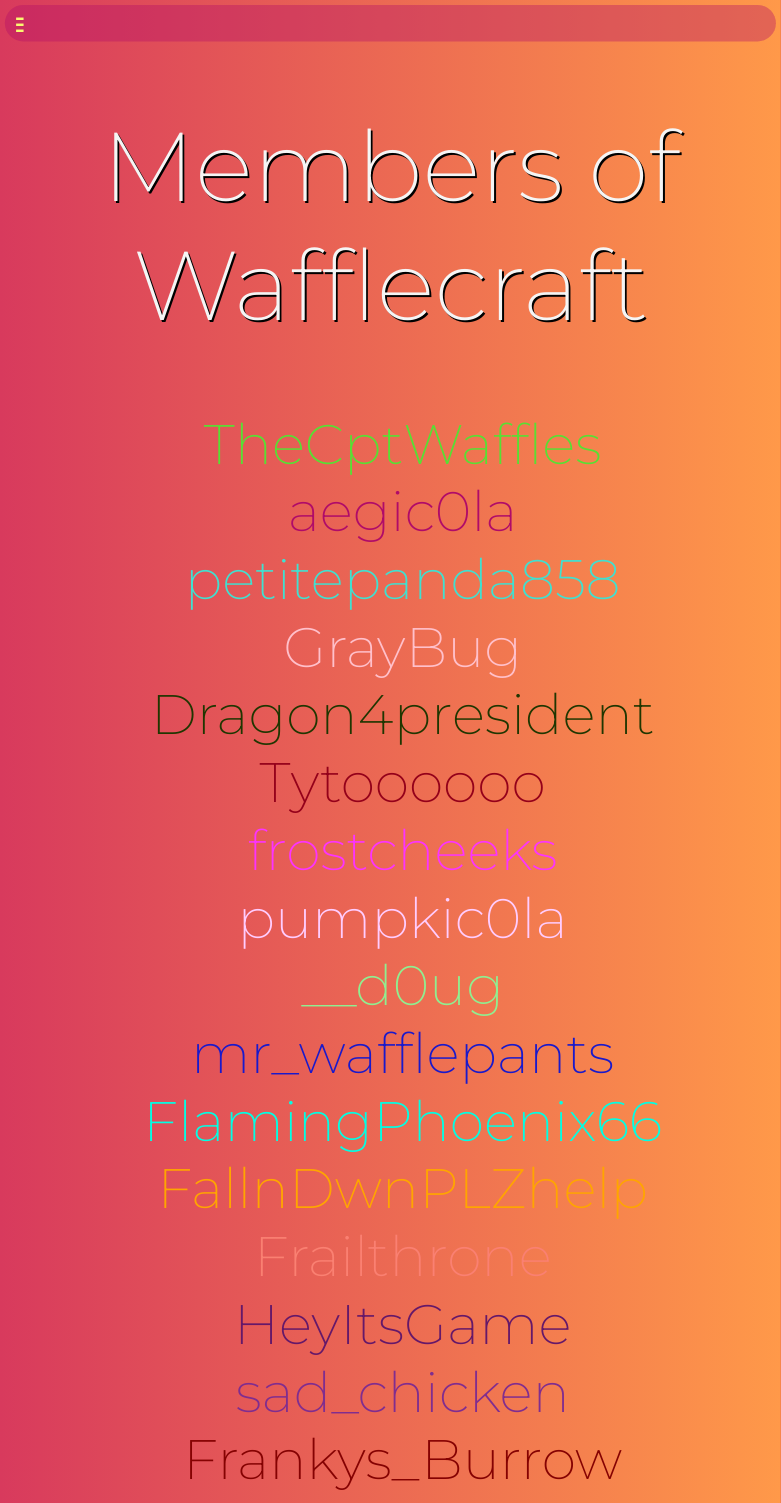
Repository: thecptwaffles/wafflecraftwebsite
Page: members.html
These files come from the project's save history. The page is drawn as it stood at one moment and after the next save; the edit follows.
The browser window is 1280 px wide. The pictures show the whole page, at 61% of full size.

Above is the page before, as saved 2022-07-08 14:04:40.
Console error: ReferenceError: $ is not defined

### members.html
<!DOCTYPE html>
<html lang="en">

<head>
  <meta charset="UTF-8">
  <meta name="viewport" content="width=device-width, initial-scale=1" />
  <title>Members</title>
  <link rel="stylesheet" href="./css/style.css">
  <link rel="icon" href="./resources/css/content/Icon.png" type="image/icon type">
  <link rel="preconnect" href="https://fonts.gstatic.com">
  <link href="https://fonts.googleapis.com/css2?family=Montserrat:ital,wght@0,200;1,200&display=swap" rel="stylesheet">
  <script src="./members.js"></script>
</head>

<body class="members-all">
  <div class=" navbar">
    <div class="dropdown">
      <button class="dropbtn">-<br>-<br>-
        <i class="fa fa-caret-down"></i>
      </button>
      <div class="dropdown-content">
        <a href="./index.html">Home</a>
        <a href="./members.html">Members</a>
        <a href="./fetured.html">Featured</a>
        <!-- <a href="./annoucenments.html">Announcements</a> -->
        <a href="./tutorials.html">Tutorials</a>
        <a href="./world-downloads.html">Downloads</a>
        <a href="./serverInfo.html">Server Info</a>
        <!-- <a href="bluemap.thewafflecraft.com" target="blank">3D Map</a> -->
      </div>
    </div>
  </div>
  <h1 class="index-title">Members of Wafflecraft</h1>
  <!--members list-->
  <ul id="ol">
    <li class="li" id="waffles">TheCptWaffles</li>
    <li class="li" id="c0la">aegic0la</li>
    <li class="li" id="panda">petitepanda858</li>
    <li class="li" id="bug">GrayBug</li>
    <li class="li" id="delta">Dragon4president</li>
    <li class="li" id="tyt">Tytoooooo</li>
    <li class="li" id="cheeks">frostcheeks</li>
    <li class="li" id="pumki">pumpkic0la</li>
    <li class="li" id="doug">__d0ug</li>
    <li class="li" id="pants">mr_wafflepants</li>
    <li class="li" id="flaming">FlamingPhoenix66</li>
    <li class="li" id="falln">FallnDwnPLZhelp</li>
    <li class="li" id="matt">Frailthrone</li>
    <li class="li" id="gamer">HeyItsGame</li>
    <li class="li" id="sad">sad_chicken</li>
    <li class="li" id="burrow">Frankys_Burrow</li>
  </ul>
</body>

</html>

### css/style.css
/*styling for the title*/

.title {
    text-align: center;
    font-size: 6.25vh;
    font-family: 'Montserrat', sans-serif;
    text-decoration: underline;
    color: white;
    overflow-y: auto;
}

/*styling for the background*/
.all {
    background-image: linear-gradient(90deg, var(--secnd-clr), var(--frth-clr));
    background-size: cover;
    background-position: center;
    max-width: auto;
    max-height: auto;
    min-width: auto;
    min-height: auto;
}

.social {
    display: flex;
    align-items: center;
    justify-content: center;
    font-size: 7vw;
}

/*styling for all Paragraph elements*/
p {
    font-family: 'Montserrat', sans-serif;
    font-size: 3.5vw;
    text-align: center;
    color: white;
}

::-webkit-scrollbar {
    width: 0.625rem;
}

::-webkit-scrollbar-track {
    background-color: var(--thrd-clr);
}

.min {
    color: black;
}

/*styling all of the links*/
.link {
    text-decoration: none;
    color: white;
    font-family: 'Montserrat', sans-serif;
    font-size: 3.125rem;
    color: white;
    text-align: right;
}

:root {
    --main-clr: #b00b69;
    --secnd-clr: #d83a5d;
    --thrd-clr: #f36950;
    --frth-clr: #ff9949;
    --fith-clr: #ffc951;
    --sxth-clr: #f9f871;
    --navbar: #b00b685e;
    --main-font: 'Montserrat', sans-serif;
}

::-webkit-scrollbar {
    width: 0.625rem;
}

::-webkit-scrollbar-track {
    background-color: var(--thrd-clr);
}


/* Navbar container */
.navbar {
    overflow: hidden;
    background-color: var(--navbar);
    font-family: Arial;
    border-radius: 5rem;
    -webkit-border-radius: 5rem;
    -moz-border-radius: 5rem;
    -ms-border-radius: 5rem;
    -o-border-radius: 5rem;
}

/* Links inside the navbar */
.navbar a {
    float: left;
    font-size: 16px;
    color: white;
    text-align: center;
    padding: 14px 16px;
    text-decoration: none;
}

/* The dropdown container */
.dropdown {
    float: left;
    overflow: hidden;
}

/* Dropdown button */
.dropdown .dropbtn {
    font-size: 50px;
    border: none;
    outline: none;
    color: var(--sxth-clr);
    padding: 14px 16px;
    background-color: inherit;
    font-family: inherit;
    /* Important for vertical align on mobile phones */
    margin: 0;
    /* Important for vertical align on mobile phones */
    line-height: 10px;
}

/* Add a background color to navbar links on hover */
.navbar a:hover,
.dropdown:hover .dropbtn {
    background-color: var(--main-clr);
    border-radius: 1rem;
    -webkit-border-radius: 1rem;
    -moz-border-radius: 1rem;
    -ms-border-radius: 1rem;
    -o-border-radius: 1rem;
}

/* Dropdown content (hidden by default) */
.dropdown-content {
    display: none;
    position: absolute;
    background-color: var(--main-clr);
    min-width: 160px;
    box-shadow: 0px 8px 16px 0px rgba(0, 0, 0, 0.2);
    z-index: 1;
    border-radius: 1rem;
    -webkit-border-radius: 1rem;
    -moz-border-radius: 1rem;
    -ms-border-radius: 1rem;
    -o-border-radius: 1rem;
}

/* Links inside the dropdown */
.dropdown-content a {
    float: none;
    color: black;
    padding: 12px 16px;
    text-decoration: none;
    display: block;
    text-align: left;
}


.dropdown-content a:hover {
    background-color: #9c095d;
}

/* Show the dropdown menu on hover */
.dropdown:hover .dropdown-content {
    display: block;
}

h1 {
    font-family: 'Montserrat', sans-serif;
    font-size: 6.25vw;
    text-align: center;
    color: white;
    font-weight: 1;


}

#tutorialsAll {
    background-image: linear-gradient(90deg, var(--secnd-clr), var(--frth-clr));
    max-width: auto;
    max-height: auto;
    min-width: auto;
    min-height: auto;
    scrollbar-width: 0.625rem;
    scrollbar-track-color: var(--thrd-clr);
}

body {
    background-image: linear-gradient(90deg, var(--secnd-clr), var(--frth-clr));
    max-width: auto;
    max-height: auto;
    min-width: auto;
    min-height: auto;
    scrollbar-width: 0.625rem;
    scrollbar-track-color: var(--thrd-clr);
}

h2 {
    text-align: center;
    color: white;
    font-size: 3.125vw;
    font-family: 'Montserrat', sans-serif;
}

img {
    display: block;
    margin-left: auto;
    margin-right: auto;
    width: 50%;
}

#index {
    background-image: url(./content/stacked-waves-haikei.svg);
    background-size: cover;
    background-repeat: no-repeat;
    background-position: center;
    background-color: var(--main-clr);
}

.index-title {
    font-size: 12.5vw;
    color: whitesmoke;
    text-align: center;
    text-decoration: none;
    font-family: 'Montserrat', sans-serif;
    font-weight: 1;
    text-shadow: 3px 3px black;
}

@media screen and (max-width: 600px) {
    .dropdown-content {
        font-size: 1rem;
    }
}

#title {
    text-align: center;
    font-size: 12.5vw;
    font-family: 'Montserrat', sans-serif;
    text-decoration: underline;
    color: white;
    overflow-y: auto;
}

#ol {
    text-align: center;
    font-family: 'Montserrat', sans-serif;
}

.li {
    font-family: 'Montserrat', sans-serif;
    font-size: 7.125vw;
    color: white;
    list-style: none;
}

#matt {
    color: #fa8072;
}

#c0la {
    color: #b00b69;
}

#waffles {
    color: #57e034;
}

#pumki {
    color: #ffccff;
}

#tyt {
    color: #94011a;
}

#doug {
    color: lightgreen;
}

#cru {
    color: #b00b69;
}

#pants {
    color: #1919cc;
}

#gamer {
    color: #651869;
}

#falln {
    color: orange;
}

#sad {
    color: #802d8f;
}

#flaming {
    color: rgb(0, 255, 229);
}

#cheeks {
    color: #FC33FF;
}

#panda {
    color: #40E0D0;
}

#bug {
    color: #ffc0cb;
}

#delta {
    color: #1f3600;
}

#burrow {
    color: #850202;
}

#Download {
    font-family: 'Montserrat', sans-serif;
    font-size: 12.5vw;
    text-align: center;
    color: white;
    text-decoration: underline;
    font-weight: 1;
}

.change-bg {
    background-color: var(--main-clr);
}

.members-all {
    background-color: var(--secnd-clr);
}

.scrolled {
    background-color: var(--thrd-clr);
}

### members.js
//make the background change color when the page is scrolled down or up
$(window).scroll(function () {
    var scroll = $(window).scrollTop();
    if (scroll >= 1) {
        $("body").addClass("scrolled");
    } else {
        $("body").removeClass("scrolled");
    }
});

After the next save:
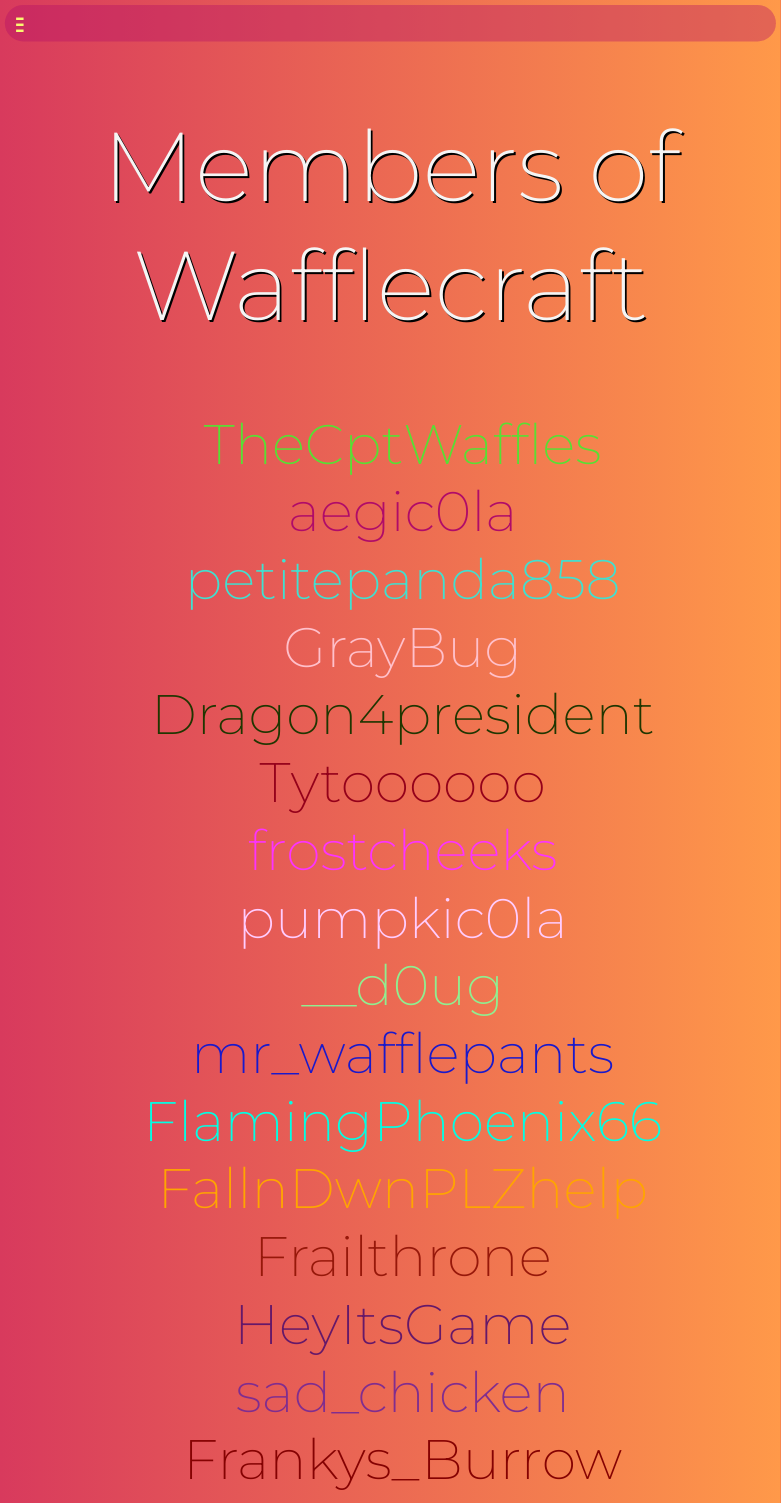
Saved 10 days later.
--- a/css/style.css
+++ b/css/style.css
@@ -256,7 +256,7 @@
 }
 
 #matt {
-    color: #fa8072;
+    color: #97180a;
 }
 
 #c0la {
